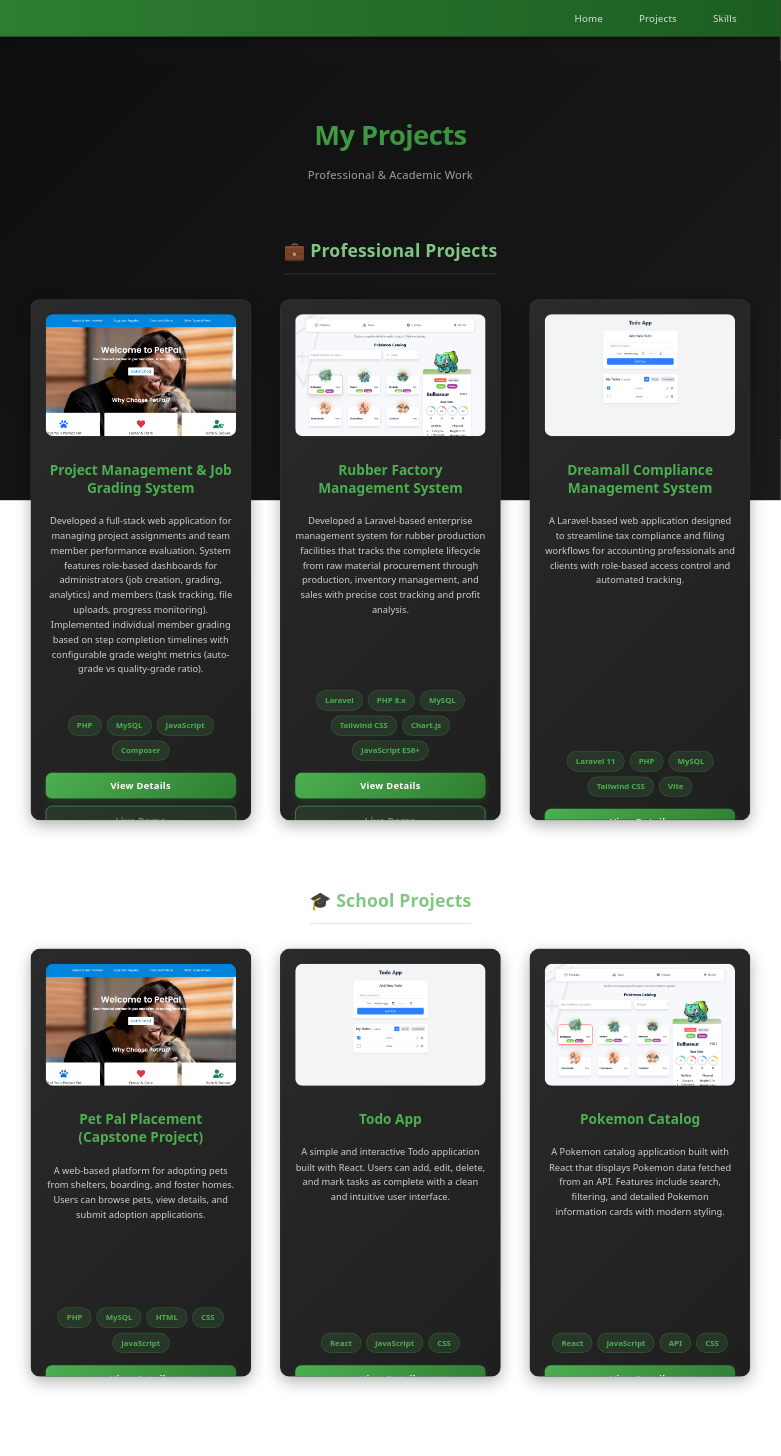
Repository: SAYANA11/portfolio
Page: /Projects
An editor plug-in stored every save of this project. The page is shown before and after a run of saves, followed by the edit.
The browser window is 1280 px wide. The pictures show the whole page, at 61% of full size.
The project was rebuilt for these pictures with package versions that can differ from the ones it lists, and the page was loaded fresh each time. Also part of the build but not shown: vite.config.js, src/components/Hero.jsx, src/components/Skills.css, src/components/Skills.jsx.

Above is the page before, as saved 2026-02-17 17:02:55.

### index.html
<!doctype html>
<html lang="en">
  <head>
    <meta charset="UTF-8" />
    <link rel="icon" type="image/svg+xml" href="/vite.svg" />
    <meta name="viewport" content="width=device-width, initial-scale=1.0" />
    <title>Muhammad Husayn Aiyub - Portfolio</title>
  </head>
  <body>
    <div id="root"></div>
    <script type="module" src="/src/main.jsx"></script>
  </body>
</html>

### src/index.css
:root {
  font-family: system-ui, Avenir, Helvetica, Arial, sans-serif;
  line-height: 1.5;
  font-weight: 400;

  color-scheme: light dark;
  color: rgba(255, 255, 255, 0.87);
  background-color: #242424;

  font-synthesis: none;
  text-rendering: optimizeLegibility;
  -webkit-font-smoothing: antialiased;
  -moz-osx-font-smoothing: grayscale;
}
/* Add in index.css or global style file */

a {
  font-weight: 500;
  color: #646cff;
  text-decoration: inherit;
}
a:hover {
  color: #535bf2;
}

html, body, #root {
  height: 100%;
  margin: 0;
  padding: 0;
}

body {
  margin: 0;
  min-width: 320px;
  background: linear-gradient(135deg, #0f0f0f 0%, #1a1a1a 100%);
  min-height: 100vh;
  position: relative;
}

body::before {
  content: '';
  position: fixed;
  top: 0;
  left: 0;
  right: 0;
  bottom: 0;
  background: linear-gradient(135deg, #0f0f0f 0%, #1a1a1a 100%);
  z-index: -1;
}

h1 {
  font-size: 3.2em;
  line-height: 1.1;
}

button {
  border-radius: 8px;
  border: 1px solid transparent;
  padding: 0.6em 1.2em;
  font-size: 1em;
  font-weight: 500;
  font-family: inherit;
  background-color: #1a1a1a;
  cursor: pointer;
  transition: border-color 0.25s;
}
button:hover {
  border-color: #646cff;
}
button:focus,
button:focus-visible {
  outline: 4px auto -webkit-focus-ring-color;
}

@media (prefers-color-scheme: light) {
  :root {
    color: #213547;
    background-color: #ffffff;
  }
  a:hover {
    color: #747bff;
  }
  button {
    background-color: #f9f9f9;
  }
}

### src/App.jsx
import React from "react";
import { BrowserRouter as Router, Routes, Route } from "react-router-dom";
import NavBar from "./components/Navbar";
import Hero from "./components/Hero";
import Projects from "./components/Projects";
import Skills from "./components/Skills";

function App() {
  return (
    <Router>
      <NavBar />
      <Routes>
        <Route path="/" element={<Hero />} />
        <Route path="/Projects" element={<Projects />} />
        <Route path="/Skills" element={<Skills />} />
      </Routes>
    </Router>
  );
}

export default App;

### src/components/Navbar.jsx
import React from "react";
import { Link } from "react-router-dom";
import "./Navbar.css";

const NavBar = () => {
  return (
    <nav className="navbar">
      <ul>
        <li>
          <Link to="/">Home</Link>
        </li>
        <li>
          <Link to="/Projects">Projects</Link>
        </li>
        <li>
          <Link to="/Skills">Skills</Link>
        </li>
      </ul>
    </nav>
  );
};

export default NavBar;

### src/components/Navbar.css
.navbar {
    background: linear-gradient(90deg, #2e7d32 0%, #1b5e20 100%);
    color: white;
    padding: 15px 40px;
    position: fixed;
    width: 100%;
    height: 60px;
    top: 0;
    z-index: 1000;
    display: flex;
    align-items: center;
    justify-content: flex-end;
    box-shadow: 0 4px 12px rgba(0, 0, 0, 0.3);
    backdrop-filter: blur(10px);
    box-sizing: border-box;
}

.navbar ul {
    list-style: none;
    padding: 0;
    margin: 0 20px 0 0;
    display: flex;
    gap: 35px;
}

.navbar ul li {
    font-size: 16px;
    transition: all 0.3s cubic-bezier(0.4, 0, 0.2, 1);
    position: relative;
}

.navbar ul li a {
    color: #e0e0e0;
    text-decoration: none;
    transition: all 0.3s cubic-bezier(0.4, 0, 0.2, 1);
    padding: 8px 12px;
    display: block;
    border-radius: 6px;
    font-weight: 500;
    letter-spacing: 0.3px;
}

.navbar ul li a::after {
    content: '';
    position: absolute;
    bottom: 0;
    left: 0;
    width: 0;
    height: 2px;
    background: #ffd700;
    transition: width 0.3s ease;
    border-radius: 2px;
}

.navbar ul li a:hover {
    color: white;
    background: rgba(76, 175, 80, 0.2);
}

.navbar ul li a:hover::after {
    width: 100%;
}

/* Responsive */
@media (max-width: 768px) {
    .navbar ul {
        gap: 10px; /* Reduce spacing for smaller screens */
        margin: 0 10px 0 0; /* Adjust margin for smaller screens */
    }

    .navbar ul li {
        font-size: 16px; /* Adjust font size for smaller screens */
    }
}

### src/components/Projects.css
/* Projects Container */
.projects-container {
  margin-top: 100px;
  padding: 50px 40px;
  max-width: 1200px;
  margin-left: auto;
  margin-right: auto;
  background: transparent;
  border-radius: 0;
  box-shadow: none;
  text-align: center;
}

.projects-title {
  font-size: 2.8rem;
  font-weight: 700;
  background: linear-gradient(135deg, #4caf50, #2e7d32);
  -webkit-background-clip: text;
  -webkit-text-fill-color: transparent;
  background-clip: text;
  margin-bottom: 8px;
  letter-spacing: -0.02em;
}

.projects-subtitle {
  font-size: 1.15rem;
  color: #a0a0a0;
  margin-bottom: 60px;
  font-weight: 400;
  letter-spacing: 0.3px;
}

/* Projects Section */
.projects-section {
  margin-bottom: 80px;
}

.section-heading {
  font-size: 1.8rem;
  font-weight: 700;
  color: #81c784;
  margin-bottom: 40px;
  letter-spacing: 0.3px;
  padding-bottom: 16px;
  border-bottom: 2px solid rgba(76, 175, 80, 0.2);
  display: inline-block;
  min-width: 200px;
}

/* Projects List */
.projects-list {
  list-style: none;
  padding: 0;
  margin: 0;
  display: grid;
  grid-template-columns: repeat(auto-fit, minmax(320px, 1fr));
  gap: 28px;
  justify-items: center;
}

.project-item {
  flex: 0 1 calc(33.333% - 20px);
  width: 100%;
  max-width: 360px;
  min-height: 700px;
  background: linear-gradient(135deg, #2a2a2a 0%, #1f1f1f 100%);
  border: 1px solid rgba(76, 175, 80, 0.15);
  border-radius: 16px;
  box-shadow: 0 8px 24px rgba(0, 0, 0, 0.3);
  overflow: hidden;
  transition: all 0.3s cubic-bezier(0.4, 0, 0.2, 1);
}

.project-item:hover {
  transform: translateY(-8px);
  box-shadow: 0 16px 48px rgba(46, 125, 50, 0.25);
  border-color: rgba(76, 175, 80, 0.4);
}

/* Project Card */
.project-card {
  padding: 24px;
  text-align: center;
  display: flex;
  flex-direction: column;
  height: 100%;
}

.project-image {
  width: 100%;
  height: 200px;
  object-fit: cover;
  border-radius: 12px;
  margin-bottom: 18px;
  transition: transform 0.3s ease;
}

.project-item:hover .project-image {
  transform: scale(1.05);
}

.project-title {
  font-size: 1.4rem;
  font-weight: 700;
  color: #4caf50;
  margin-bottom: 12px;
  line-height: 1.3;
}

.project-description {
  font-size: 0.95rem;
  color: #d0d0d0;
  margin-bottom: 16px;
  line-height: 1.6;
  flex-grow: 1;
}

/* Project Technologies */
.project-technologies {
  display: flex;
  flex-wrap: wrap;
  gap: 8px;
  margin-bottom: 20px;
  justify-content: center;
}

.tech-tag {
  display: inline-block;
  padding: 6px 14px;
  background-color: rgba(76, 175, 80, 0.15);
  color: #4caf50;
  border-radius: 20px;
  font-size: 0.8rem;
  font-weight: 600;
  border: 1px solid rgba(76, 175, 80, 0.3);
  transition: all 0.3s ease;
}

.tech-tag:hover {
  background-color: rgba(76, 175, 80, 0.25);
  border-color: rgba(76, 175, 80, 0.5);
}

/* Buttons Container */
.project-buttons {
  display: flex;
  gap: 12px;
  flex-wrap: wrap;
  justify-content: center;
}

/* Project Button Styles */
.project-button {
  display: inline-flex;
  align-items: center;
  justify-content: center;
  padding: 11px 24px;
  font-size: 0.95rem;
  font-weight: 600;
  text-decoration: none;
  border-radius: 10px;
  transition: all 0.3s cubic-bezier(0.4, 0, 0.2, 1);
  border: none;
  cursor: pointer;
  letter-spacing: 0.5px;
  flex: 1;
  min-width: 140px;
}

.project-button-primary {
  background: linear-gradient(135deg, #4caf50, #2e7d32);
  color: #ffffff;
  box-shadow: 0 4px 12px rgba(46, 125, 50, 0.3);
}

.project-button-primary:hover {
  transform: translateY(-3px);
  box-shadow: 0 8px 20px rgba(46, 125, 50, 0.4);
}

.project-button-secondary {
  background: rgba(76, 175, 80, 0.15);
  color: #4caf50;
  border: 1.5px solid #4caf50;
  box-shadow: 0 2px 8px rgba(76, 175, 80, 0.1);
}

.project-button-secondary:hover {
  background: rgba(76, 175, 80, 0.25);
  border-color: #81c784;
  color: #81c784;
  transform: translateY(-2px);
  box-shadow: 0 6px 16px rgba(76, 175, 80, 0.2);
}

/* Responsive Design */
@media (max-width: 1024px) {
  .projects-container {
    padding: 40px 30px;
  }

  .projects-list {
    grid-template-columns: repeat(auto-fit, minmax(280px, 1fr));
    gap: 24px;
  }

  .projects-title {
    font-size: 2.2rem;
  }

  .section-heading {
    font-size: 1.5rem;
  }
}

@media (max-width: 768px) {
  .projects-container {
    margin-top: 80px;
    padding: 30px 20px;
  }

  .projects-list {
    grid-template-columns: 1fr;
    gap: 20px;
  }

  .projects-title {
    font-size: 1.9rem;
  }

  .section-heading {
    font-size: 1.4rem;
    margin-bottom: 30px;
  }

  .project-description {
    font-size: 0.9rem;
  }

  .project-buttons {
    gap: 10px;
  }

  .project-button {
    padding: 10px 18px;
    font-size: 0.9rem;
    min-width: 120px;
    flex: auto;
  }
}

/* Modal Styles */
.modal-overlay {
  position: fixed;
  top: 0;
  left: 0;
  right: 0;
  bottom: 0;
  background-color: rgba(0, 0, 0, 0.6);
  display: flex;
  align-items: center;
  justify-content: center;
  z-index: 1000;
  padding: 20px;
  animation: fadeInOverlay 0.3s ease;
  backdrop-filter: blur(4px);
}

@keyframes fadeInOverlay {
  from {
    opacity: 0;
  }
  to {
    opacity: 1;
  }
}

.modal-content {
  background: linear-gradient(135deg, #2a2a2a 0%, #1f1f1f 100%);
  border: 1px solid rgba(76, 175, 80, 0.15);
  border-radius: 16px;
  max-width: 600px;
  width: 100%;
  max-height: 90vh;
  overflow-y: auto;
  box-shadow: 0 20px 60px rgba(0, 0, 0, 0.5);
  display: flex;
  flex-direction: column;
  animation: slideInModal 0.3s cubic-bezier(0.4, 0, 0.2, 1);
}

@keyframes slideInModal {
  from {
    transform: translateY(-50px);
    opacity: 0;
  }
  to {
    transform: translateY(0);
    opacity: 1;
  }
}

.modal-header {
  padding: 28px 28px 16px;
  display: flex;
  justify-content: space-between;
  align-items: center;
  border-bottom: 1px solid rgba(76, 175, 80, 0.15);
}

.modal-title {
  font-size: 1.8rem;
  font-weight: 700;
  color: #4caf50;
  margin: 0;
  text-align: left;
}

.modal-close-btn {
  background: none;
  border: none;
  color: #a0a0a0;
  font-size: 1.5rem;
  cursor: pointer;
  transition: color 0.3s ease;
  padding: 0;
  width: 32px;
  height: 32px;
  display: flex;
  align-items: center;
  justify-content: center;
}

.modal-close-btn:hover {
  color: #4caf50;
}

.modal-body {
  padding: 28px;
  flex: 1;
  overflow-y: auto;
}

.modal-image {
  width: 100%;
  height: 280px;
  object-fit: cover;
  border-radius: 12px;
  margin-bottom: 20px;
}

.modal-description {
  color: #d0d0d0;
  font-size: 0.95rem;
  line-height: 1.7;
  margin-bottom: 24px;
  text-align: left;
}

.modal-description p {
  margin: 0 0 12px 0;
}

.modal-technologies {
  margin-bottom: 24px;
}

.tech-label {
  font-size: 0.95rem;
  font-weight: 700;
  color: #4caf50;
  margin: 0 0 12px 0;
  text-align: left;
}

.modal-tech-tags {
  display: flex;
  flex-wrap: wrap;
  gap: 10px;
}

.modal-tech-tag {
  display: inline-block;
  padding: 8px 16px;
  background-color: rgba(76, 175, 80, 0.15);
  color: #4caf50;
  border-radius: 20px;
  font-size: 0.85rem;
  font-weight: 600;
  border: 1px solid rgba(76, 175, 80, 0.3);
  transition: all 0.3s ease;
}

.modal-tech-tag:hover {
  background-color: rgba(76, 175, 80, 0.25);
  border-color: rgba(76, 175, 80, 0.5);
}

.modal-footer {
  padding: 20px 28px;
  border-top: 1px solid rgba(76, 175, 80, 0.15);
  display: flex;
  gap: 12px;
  flex-wrap: wrap;
}

.modal-button {
  flex: 1;
  padding: 12px 20px;
  background: linear-gradient(135deg, #4caf50, #2e7d32);
  color: #ffffff;
  text-decoration: none;
  border: none;
  border-radius: 10px;
  font-size: 0.95rem;
  font-weight: 600;
  cursor: pointer;
  transition: all 0.3s cubic-bezier(0.4, 0, 0.2, 1);
  display: flex;
  align-items: center;
  justify-content: center;
  box-shadow: 0 4px 12px rgba(46, 125, 50, 0.3);
  letter-spacing: 0.5px;
}

.modal-button:hover {
  transform: translateY(-2px);
  box-shadow: 0 6px 16px rgba(46, 125, 50, 0.4);
}

.modal-button-close {
  background: rgba(76, 175, 80, 0.15);
  color: #4caf50;
  border: 1.5px solid #4caf50;
  box-shadow: 0 2px 8px rgba(76, 175, 80, 0.1);
}

.modal-button-close:hover {
  background: rgba(76, 175, 80, 0.25);
  border-color: #81c784;
  color: #81c784;
}
  color: #4caf50;
  margin: 0;
  line-height: 1.3;
  flex: 1;
}

.modal-close-btn {
  background: none;
  border: none;
  font-size: 2rem;
  color: #a0a0a0;
  cursor: pointer;
  transition: color 0.3s ease;
  padding: 0;
  width: 40px;
  height: 40px;
  display: flex;
  align-items: center;
  justify-content: center;
  border-radius: 8px;
  margin-left: 16px;
}

.modal-close-btn:hover {
  color: #4caf50;
  background-color: rgba(76, 175, 80, 0.1);
}

.modal-body {
  padding: 24px 28px;
  flex: 1;
}

.modal-image {
  width: 100%;
  height: 300px;
  object-fit: cover;
  border-radius: 12px;
  margin-bottom: 20px;
  border: 1px solid rgba(76, 175, 80, 0.15);
}

.modal-description {
  font-size: 1rem;
  color: #d0d0d0;
  line-height: 1.8;
  margin-bottom: 24px;
  letter-spacing: 0.3px;
}

.modal-description p {
  margin-bottom: 12px;
  font-size: 0.95rem;
  color: #d0d0d0;
  line-height: 1.7;
  letter-spacing: 0.2px;
}

.modal-description p:last-child {
  margin-bottom: 0;
}

.modal-technologies {
  margin-bottom: 20px;
}

.tech-label {
  font-size: 1rem;
  font-weight: 700;
  color: #4caf50;
  margin: 0 0 12px 0;
  letter-spacing: 0.5px;
}

.modal-tech-tags {
  display: flex;
  flex-wrap: wrap;
  gap: 10px;
}

.modal-tech-tag {
  display: inline-block;
  padding: 8px 16px;
  background-color: rgba(76, 175, 80, 0.15);
  color: #4caf50;
  border-radius: 20px;
  font-size: 0.85rem;
  font-weight: 600;
  border: 1px solid rgba(76, 175, 80, 0.3);
  transition: all 0.3s ease;
}

.modal-tech-tag:hover {
  background-color: rgba(76, 175, 80, 0.25);
  border-color: rgba(76, 175, 80, 0.5);
}

.modal-footer {
  padding: 20px 28px 28px;
  border-top: 1px solid rgba(76, 175, 80, 0.15);
  display: flex;
  gap: 12px;
}

.modal-button {
  flex: 1;
  padding: 14px 28px;
  background: linear-gradient(135deg, #4caf50, #2e7d32);
  color: #ffffff;
  font-size: 1rem;
  font-weight: 700;
  text-decoration: none;
  border-radius: 8px;
  border: none;
  cursor: pointer;
  transition: all 0.3s cubic-bezier(0.4, 0, 0.2, 1);
  box-shadow: 0 4px 12px rgba(46, 125, 50, 0.3);
  text-align: center;
  letter-spacing: 0.5px;
}

.modal-button:hover {
  transform: translateY(-2px);
  box-shadow: 0 8px 20px rgba(46, 125, 50, 0.4);
  background: linear-gradient(135deg, #5bc45e, #3da140);
}

/* Modal Responsive Design */
@media (max-width: 768px) {
  .modal-content {
    max-width: 95%;
    border-radius: 12px;
  }

  .modal-header {
    padding: 20px 20px 12px;
  }

  .modal-title {
    font-size: 1.5rem;
  }

  .modal-body {
    padding: 18px 20px;
  }

  .modal-image {
    height: 240px;
    margin-bottom: 16px;
  }

  .modal-description {
    font-size: 0.95rem;
  }

  .modal-footer {
    padding: 16px 20px 20px;
  }

  .modal-button {
    padding: 12px 20px;
    font-size: 0.95rem;
  }
}

@media (max-width: 480px) {
  .projects-container {
    margin-top: 70px;
    padding: 20px 15px;
  }

  .projects-title {
    font-size: 1.6rem;
  }

  .projects-subtitle {
    font-size: 1rem;
  }

  .project-card {
    padding: 18px;
  }

  .project-image {
    height: 160px;
    margin-bottom: 12px;
  }

  .project-title {
    font-size: 1.15rem;
  }

  .project-description {
    font-size: 0.85rem;
  }

  .tech-tag {
    font-size: 0.75rem;
    padding: 5px 10px;
  }

  .modal-overlay {
    padding: 10px;
  }

  .modal-content {
    max-width: 100%;
    max-height: 95vh;
  }

  .modal-header {
    padding: 16px;
  }

  .modal-title {
    font-size: 1.3rem;
  }

  .modal-close-btn {
    font-size: 1.8rem;
    width: 36px;
    height: 36px;
  }

  .modal-body {
    padding: 16px;
  }

  .modal-image {
    height: 200px;
    margin-bottom: 14px;
  }

  .modal-description {
    font-size: 0.9rem;
    line-height: 1.6;
  }

  .tech-label {
    font-size: 0.95rem;
  }

  .modal-tech-tag {
    font-size: 0.75rem;
    padding: 6px 12px;
  }

  .modal-footer {
    padding: 14px 16px 16px;
    flex-direction: column;
  }

  .modal-button {
    padding: 12px 20px;
    font-size: 0.9rem;
  }
}

Loaded but not shown: src/main.jsx (common file); src/components/Projects.jsx (188 lines, source omitted); src/components/Hero.css (512 lines, source omitted)

After the next 2 saves:
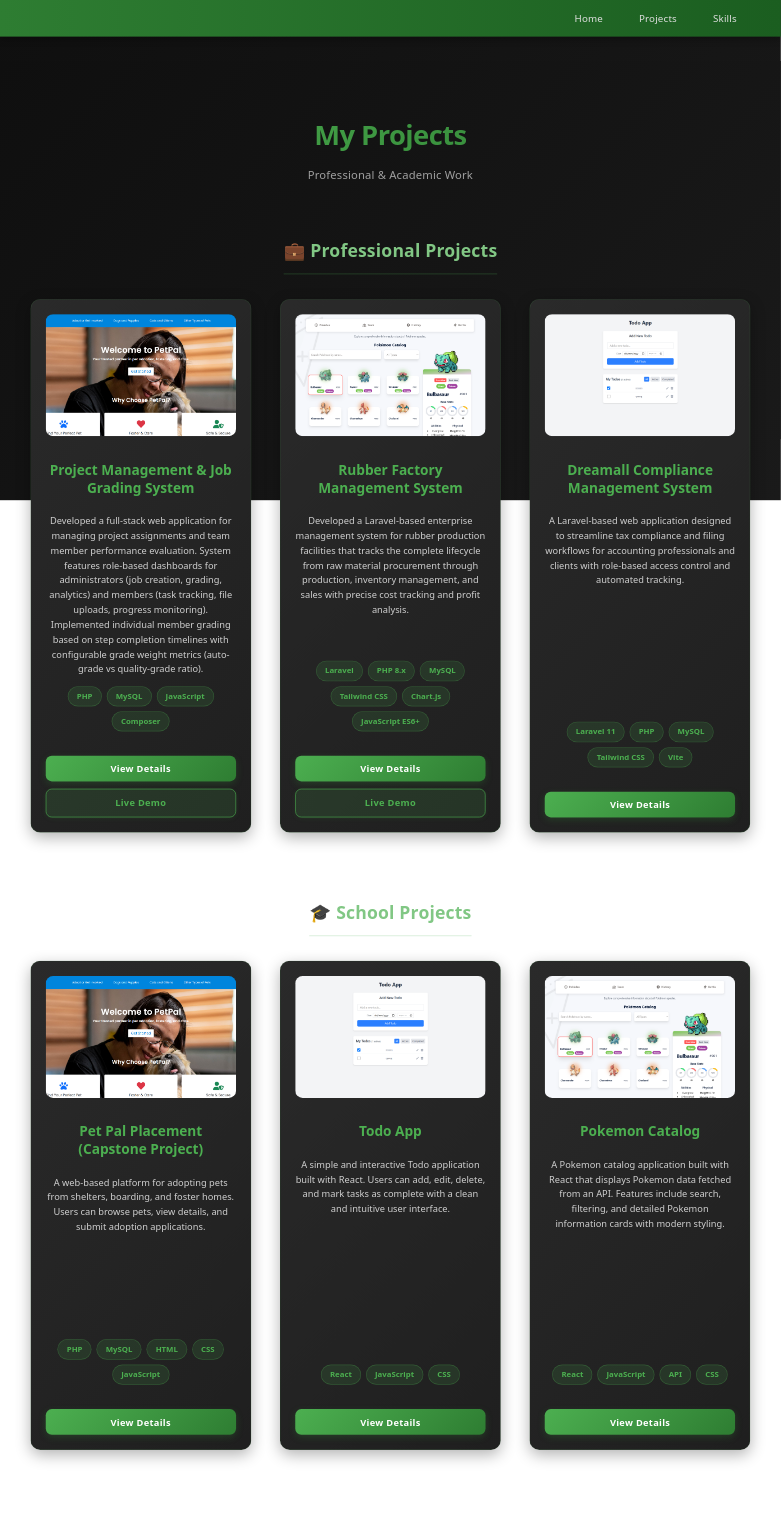
The 2 saves are shown as one change because they came seconds apart.
The last was saved 12 min 34 s later.
--- a/src/components/Projects.css
+++ b/src/components/Projects.css
@@ -62,13 +62,15 @@
   flex: 0 1 calc(33.333% - 20px);
   width: 100%;
   max-width: 360px;
-  min-height: 700px;
+  min-height: 800px;
   background: linear-gradient(135deg, #2a2a2a 0%, #1f1f1f 100%);
   border: 1px solid rgba(76, 175, 80, 0.15);
   border-radius: 16px;
   box-shadow: 0 8px 24px rgba(0, 0, 0, 0.3);
   overflow: hidden;
   transition: all 0.3s cubic-bezier(0.4, 0, 0.2, 1);
+  display: flex;
+  flex-direction: column;
 }
 
 .project-item:hover {
@@ -147,6 +149,8 @@
   gap: 12px;
   flex-wrap: wrap;
   justify-content: center;
+  margin-top: auto;
+  padding-top: 20px;
 }
 
 /* Project Button Styles */
